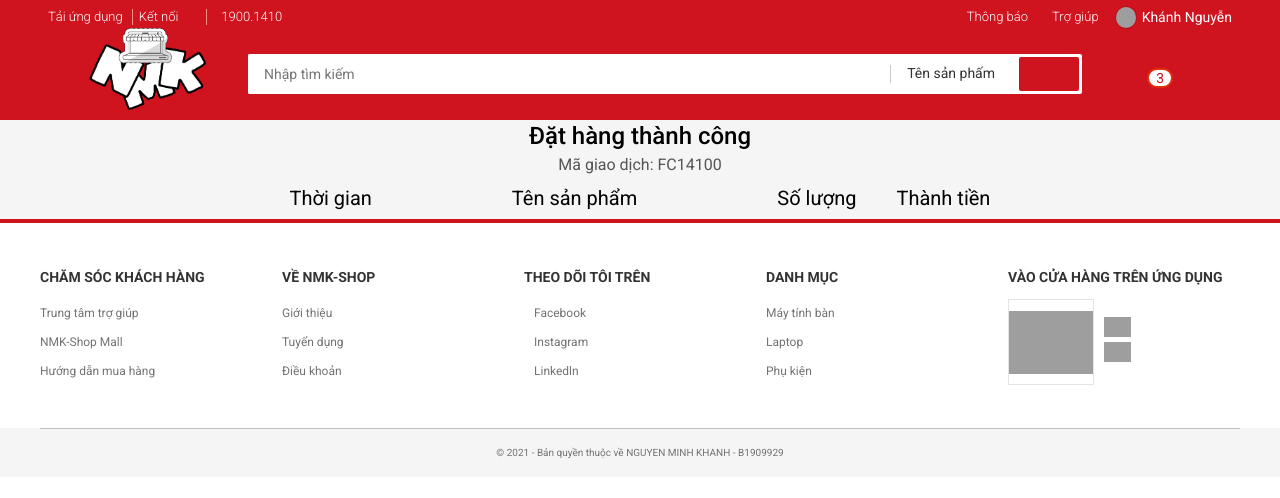
Repository: NguyenMinhKhanhB1909929/NMK-Shop
Page: orderedSuccess.html
These files come from the project's save history. The page is drawn as it stood at one moment and after the next save; the edit follows.
The browser window is 1280 px wide. The pictures show the whole page.
Pictures or frames that could not be fetched are drawn as grey boxes. Some icons come from a web library that is not loaded, so they are not drawn.

Above is the page before, as saved 2021-12-04 16:09:16.
Console error: TypeError: Cannot set properties of null (setting 'onclick')

After the next save:
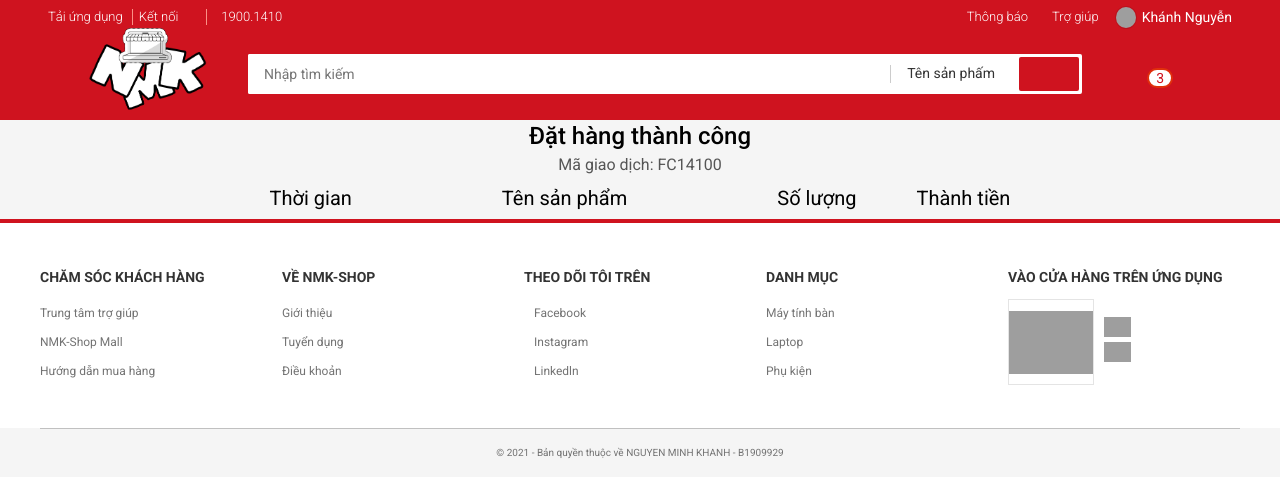
Saved 21 s later.
--- a/assets/css/orderSuccess.css
+++ b/assets/css/orderSuccess.css
@@ -29,14 +29,14 @@
   line-height: 2rem;
 }
 .ordered__success-table-title-time {
-  padding: 10px 20px;
+  padding: 10px 30px;
 }
 .ordered__success-table-title-name {
   padding: 10px 120px;
 }
 .ordered__success-table-title-quantity {
-  padding: 10px 20px;
+  padding: 10px 30px;
 }
 .ordered__success-table-title-price {
-  padding: 10px 20px;
+  padding: 10px 30px;
 }
